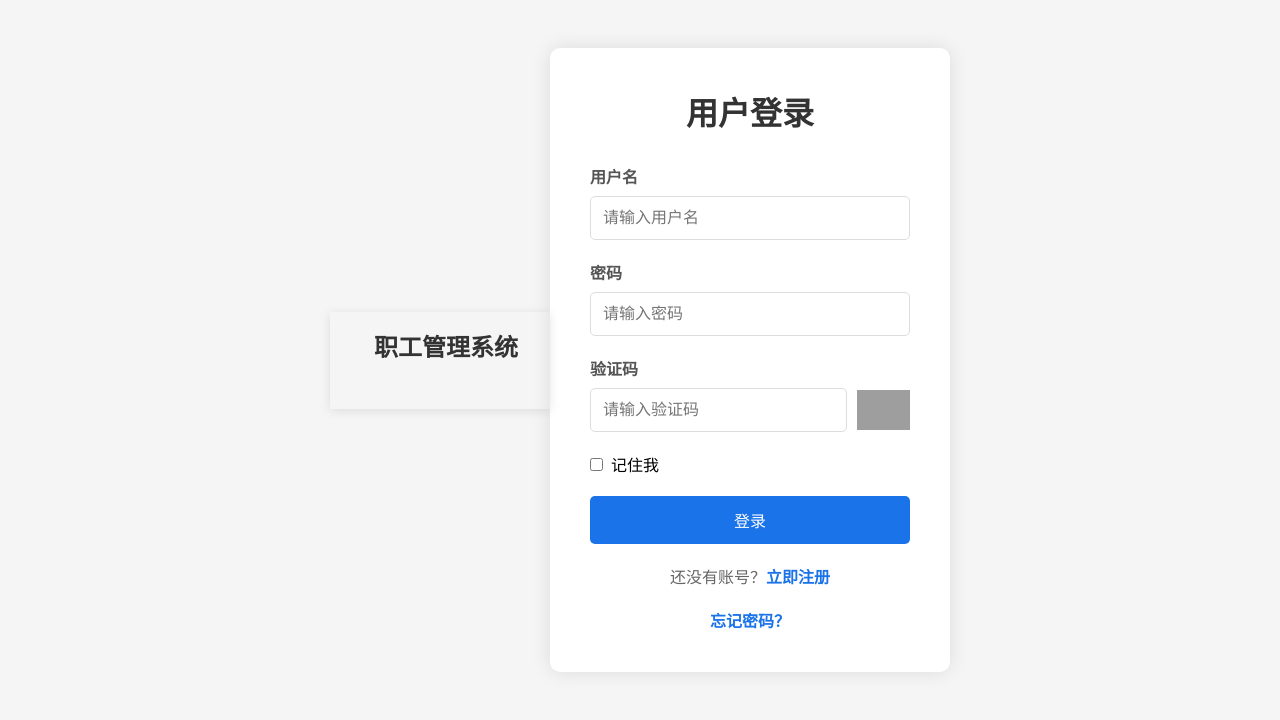
Repository: Jiege005/mytest-software-project
Page: mytest/WebContent/login.html
An editor plug-in stored every save of this project. The page is shown before and after the next save, followed by the edit.
The browser window is 1280 px wide. The pictures show the whole page.
Pictures or frames that could not be fetched are drawn as grey boxes.

Above is the page before, as saved 2025-06-18 14:04:54.

### mytest/WebContent/login.html
<!DOCTYPE html>
<html lang="zh-CN">
<head>
    <meta charset="UTF-8">
    <meta name="viewport" content="width=device-width, initial-scale=1.0">
    <title>用户登录</title>
    <style>
    	/* Header Styles */
        header {
            background: linear-gradient(135deg, var(--primary), var(--primary-dark));
            color: white;
            padding: 1rem 0;
            box-shadow: 0 2px 10px rgba(0, 0, 0, 0.1);
            position: sticky;
            top: 0;
            z-index: 100;
        }

        .header-container {
            max-width: 1200px;
            margin: 0 auto;
            padding: 0 2rem;
            display: flex;
            justify-content: space-between;
            align-items: center;
        }

        .logo {
            display: flex;
            align-items: center;
            gap: 0.75rem;
        }

        .logo-icon {
            font-size: 2rem;
            color: #fff;
        }

        .logo h1 {
            font-size: 1.5rem;
            font-weight: 600;
        }

        .nav-links {
            display: flex;
            gap: 1.5rem;
        }

        .nav-links a {
            color: rgba(255, 255, 255, 0.9);
            text-decoration: none;
            font-weight: 500;
            padding: 0.5rem 0.75rem;
            border-radius: 4px;
            transition: all 0.3s ease;
            display: flex;
            align-items: center;
            gap: 0.5rem;
        }

        .nav-links a:hover {
            background: rgba(255, 255, 255, 0.15);
        }

        .nav-links a i {
            font-size: 1.1rem;
        }

        * {
            margin: 0;
            padding: 0;
            box-sizing: border-box;
            font-family: 'Arial', sans-serif;
        }

        body {
            background-color: #f5f5f5;
            display: flex;
            justify-content: center;
            align-items: center;
            min-height: 100vh;
        }

        .container {
            width: 100%;
            max-width: 400px;
            background: #fff;
            border-radius: 10px;
            box-shadow: 0 0 20px rgba(0, 0, 0, 0.1);
            overflow: hidden;
        }

        .form-container {
            padding: 40px;
        }

        h1 {
            text-align: center;
            margin-bottom: 30px;
            color: #333;
        }

        .form-group {
            margin-bottom: 20px;
        }

        .form-group label {
            display: block;
            margin-bottom: 8px;
            color: #555;
            font-weight: bold;
        }

        .form-group input {
            width: 100%;
            padding: 12px;
            border: 1px solid #ddd;
            border-radius: 5px;
            font-size: 16px;
            transition: border 0.3s;
        }

        .form-group input:focus {
            border-color: #4CAF50;
            outline: none;
        }

        .btn {
            width: 100%;
            padding: 12px;
            background-color: #1a73e8;
            color: white;
            border: none;
            border-radius: 5px;
            font-size: 16px;
            cursor: pointer;
            transition: background-color 0.3s;
        }

        .btn:hover {
            background-color: #1a73e8;
        }

        .switch-form {
            text-align: center;
            margin-top: 20px;
            color: #666;
        }

        .switch-form a {
            color: #1a73e8;
            text-decoration: none;
            font-weight: bold;
        }

        .switch-form a:hover {
            text-decoration: underline;
        }

        .remember-me {
            display: flex;
            align-items: center;
            margin-bottom: 20px;
        }

        .remember-me input {
            margin-right: 8px;
        }
    </style>
</head>
<body>
	<!-- Header -->
    <header>
        <div class="header-container">
            <div class="logo">
                <i class="fas fa-users logo-icon"></i>
                <h1>职工管理系统</h1>
            </div>
        </div>
    </header>
    <div class="container">
        <div class="form-container">
            <h1>用户登录</h1>
            <form action="/login" method="POST">
                <div class="form-group">
                    <label for="username">用户名</label>
                    <input type="text" id="username" name="username" placeholder="请输入用户名" required>
                </div>
                <div class="form-group">
                    <label for="password">密码</label>
                    <input type="password" id="password" name="password" placeholder="请输入密码" required>
                </div>
                <div class="form-group">
				    <label for="captcha">验证码</label>
				    <div style="display: flex; align-items: center; gap: 10px;">
				        <input type="text" id="captcha" name="captcha" placeholder="请输入验证码" required
				               style="flex: 1; min-width: 0;">
				        <img src="/captcha" alt="验证码" id="captcha-image"
				             style="height: 40px; cursor: pointer;"
				             onclick="refreshCaptcha()">
				    </div>
				</div>
                <div class="remember-me">
                    <input type="checkbox" id="remember" name="remember">
                    <label for="remember">记住我</label>
                </div>
                <button type="submit" class="btn">登录</button>
            </form>
            <div class="switch-form">
                还没有账号？<a href="register.html">立即注册</a>
            </div>
            <div class="switch-form">
                <a href="forgot-password.html">忘记密码？</a>
            </div>
        </div>
    </div>
	<script>
	    // 刷新验证码
	    function refreshCaptcha() {
	        document.getElementById('captcha-image').src = '/captcha?t=' + new Date().getTime();
	    }

	    // 页面加载时初始化验证码
	    window.onload = function() {
	        refreshCaptcha();
	    };
	</script>
</body>
</html>

After the next save:
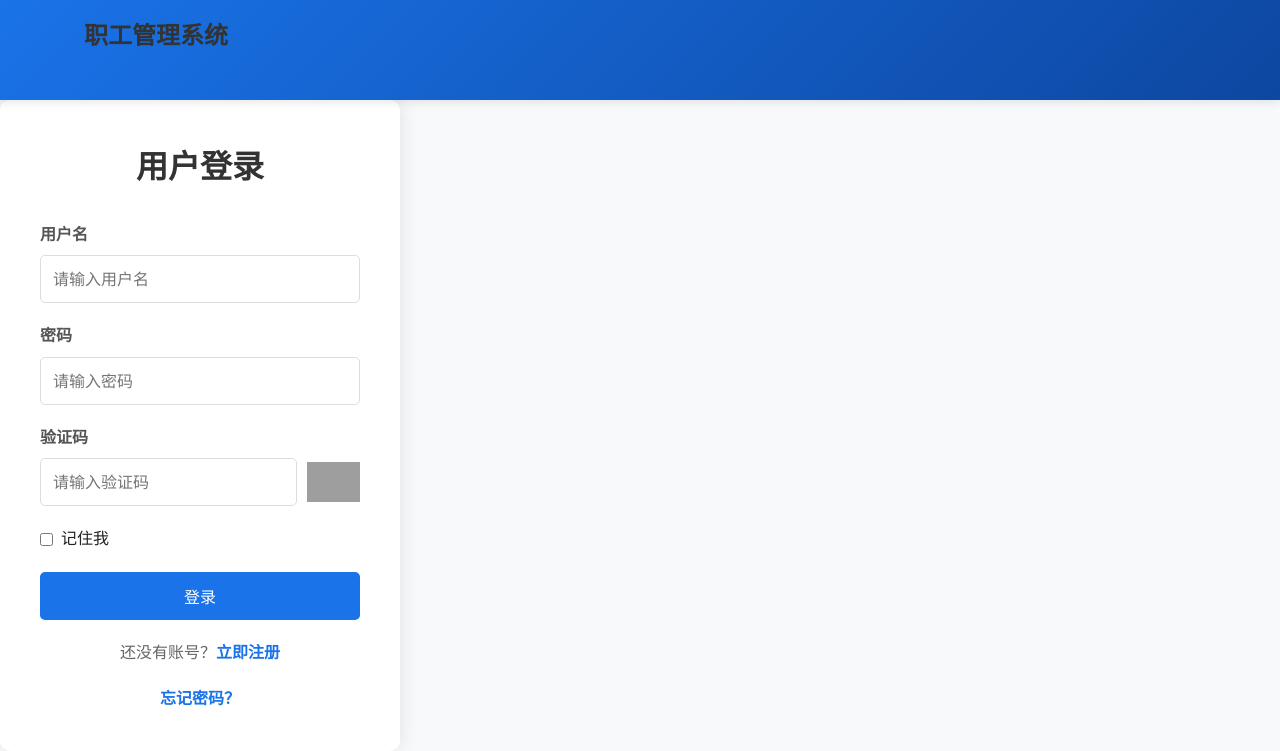
Saved 59 s later.
--- a/mytest/WebContent/login.html
+++ b/mytest/WebContent/login.html
@@ -5,6 +5,31 @@
     <meta name="viewport" content="width=device-width, initial-scale=1.0">
     <title>用户登录</title>
     <style>
+    	* {
+            margin: 0;
+            padding: 0;
+            box-sizing: border-box;
+            font-family: 'Segoe UI', Tahoma, Geneva, Verdana, sans-serif;
+        }
+
+        :root {
+            --primary: #1a73e8;
+            --primary-dark: #0d47a1;
+            --secondary: #f5f8fa;
+            --accent: #34a853;
+            --warning: #fbbc05;
+            --danger: #ea4335;
+            --text: #202124;
+            --text-light: #5f6368;
+            --card-shadow: 0 4px 12px rgba(0, 0, 0, 0.08);
+        }
+
+        body {
+            background-color: #f8f9fa;
+            color: var(--text);
+            line-height: 1.6;
+        }
+
     	/* Header Styles */
         header {
             background: linear-gradient(135deg, var(--primary), var(--primary-dark));
@@ -64,21 +89,6 @@
 
         .nav-links a i {
             font-size: 1.1rem;
-        }
-
-        * {
-            margin: 0;
-            padding: 0;
-            box-sizing: border-box;
-            font-family: 'Arial', sans-serif;
-        }
-
-        body {
-            background-color: #f5f5f5;
-            display: flex;
-            justify-content: center;
-            align-items: center;
-            min-height: 100vh;
         }
 
         .container {

After the save that followed:
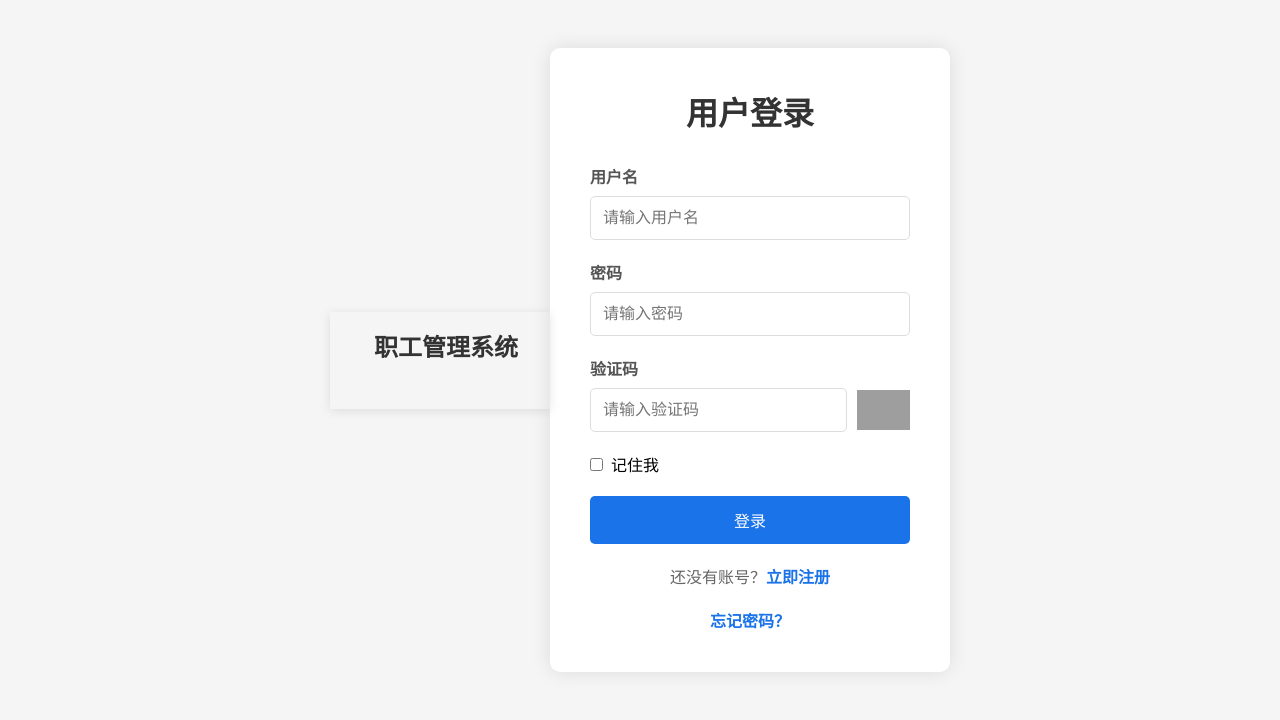
Saved 61 s later.
--- a/mytest/WebContent/login.html
+++ b/mytest/WebContent/login.html
@@ -5,29 +5,19 @@
     <meta name="viewport" content="width=device-width, initial-scale=1.0">
     <title>用户登录</title>
     <style>
-    	* {
+      	* {
             margin: 0;
             padding: 0;
             box-sizing: border-box;
-            font-family: 'Segoe UI', Tahoma, Geneva, Verdana, sans-serif;
-        }
-
-        :root {
-            --primary: #1a73e8;
-            --primary-dark: #0d47a1;
-            --secondary: #f5f8fa;
-            --accent: #34a853;
-            --warning: #fbbc05;
-            --danger: #ea4335;
-            --text: #202124;
-            --text-light: #5f6368;
-            --card-shadow: 0 4px 12px rgba(0, 0, 0, 0.08);
+            font-family: 'Arial', sans-serif;
         }
 
         body {
-            background-color: #f8f9fa;
-            color: var(--text);
-            line-height: 1.6;
+            background-color: #f5f5f5;
+            display: flex;
+            justify-content: center;
+            align-items: center;
+            min-height: 100vh;
         }
 
     	/* Header Styles */
@@ -90,6 +80,8 @@
         .nav-links a i {
             font-size: 1.1rem;
         }
+
+
 
         .container {
             width: 100%;
